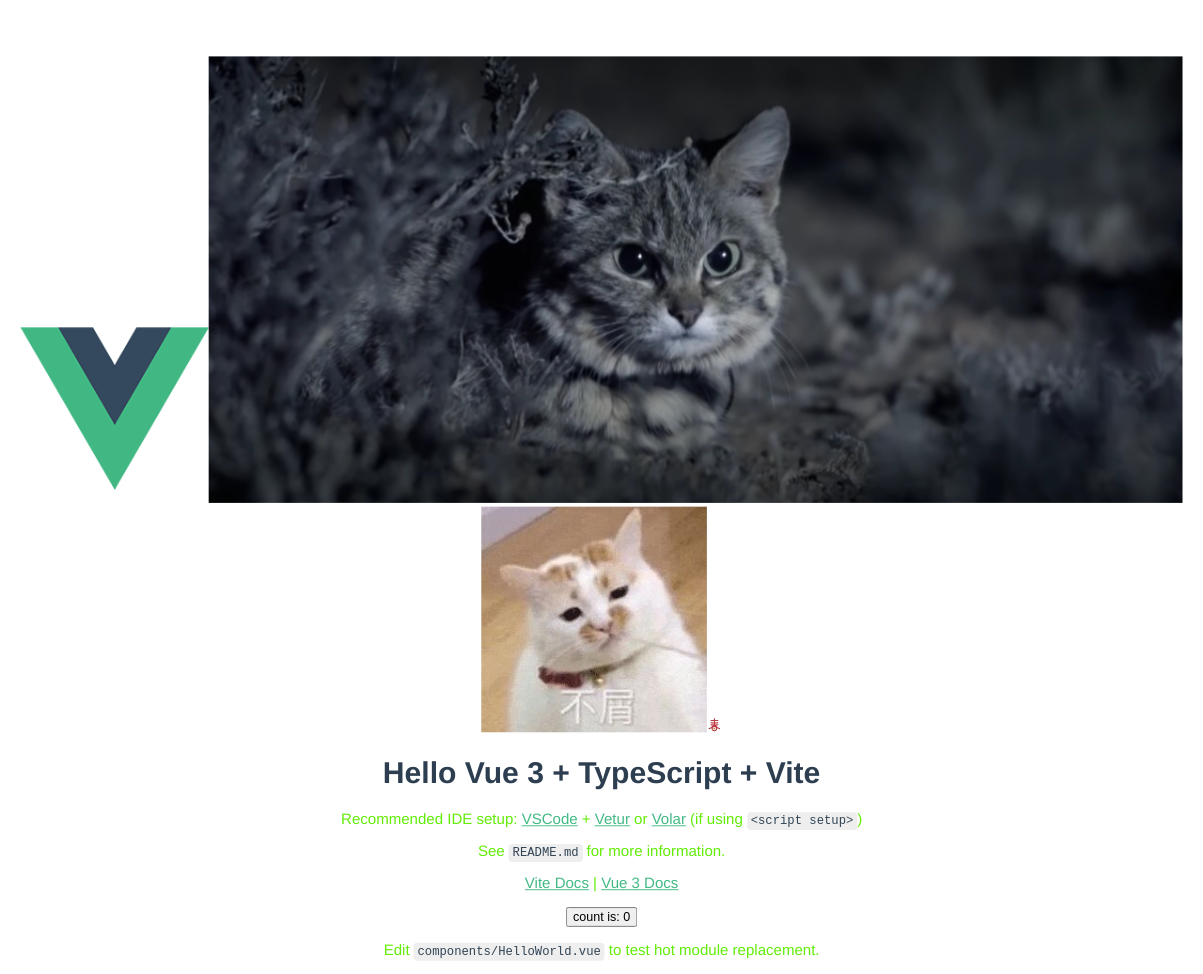
Repository: joyhao/joykit20210224
Page: /
These files come from the project's save history. The page is drawn as it stood at one moment and after the next save; the edit follows.
The browser window is 1280 px wide. The pictures show the whole page, at 94% of full size.
The project was rebuilt for these pictures with package versions that can differ from the ones it lists, and the page was loaded fresh each time. Also part of the build but not shown: vite.config.ts.

Above is the page before, as saved 2021-02-24 15:04:55.

After the next save:
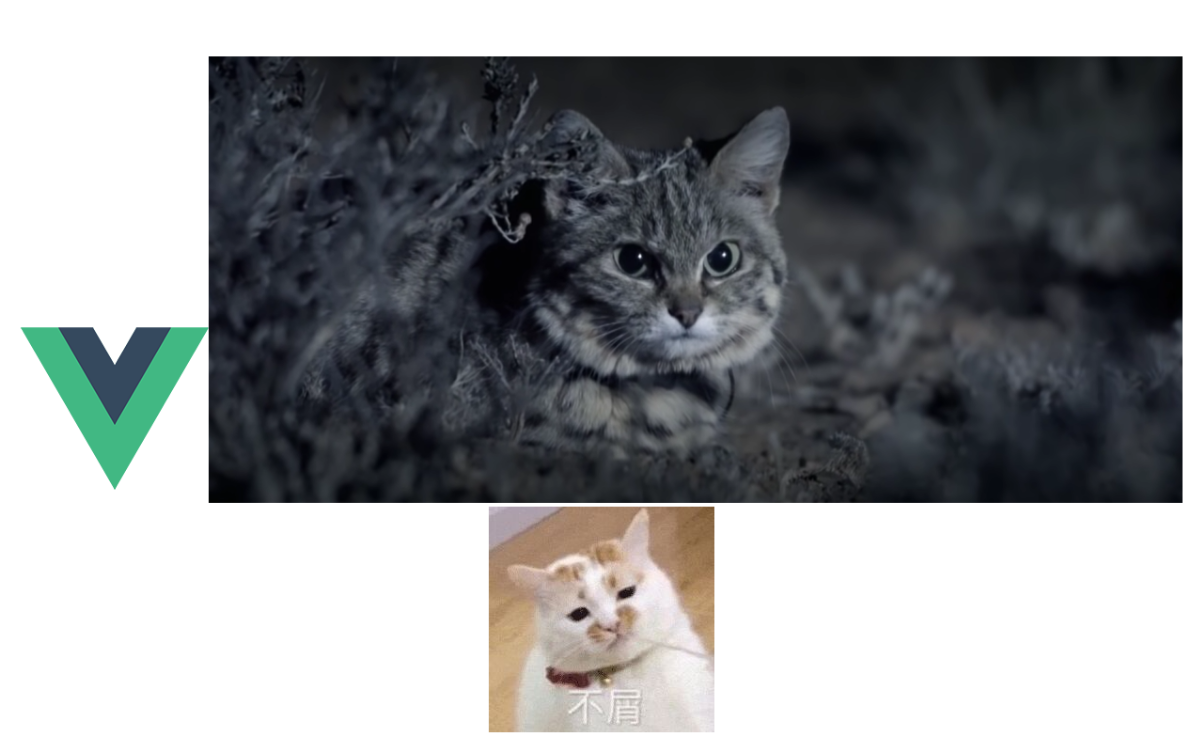
Saved 80 s later.
--- a/src/App.vue
+++ b/src/App.vue
@@ -2,9 +2,9 @@
   <img alt="Vue logo" src="./assets/logo.png" />
   <img alt="miao" src="./assets/a1.jpg" />
   <img alt="miao" src="./assets/a2.jpg" />
-  <img alt="miao" src="./assets/chun.svg" />
-  <Chun />
-  <HelloWorld msg="Hello Vue 3 + TypeScript + Vite" />
+  <!-- <img alt="miao" src="./assets/chun.svg" /> -->
+  <!-- <Chun /> -->
+  <!-- <HelloWorld msg="Hello Vue 3 + TypeScript + Vite" /> -->
 </template>
 
 <script lang="ts">
